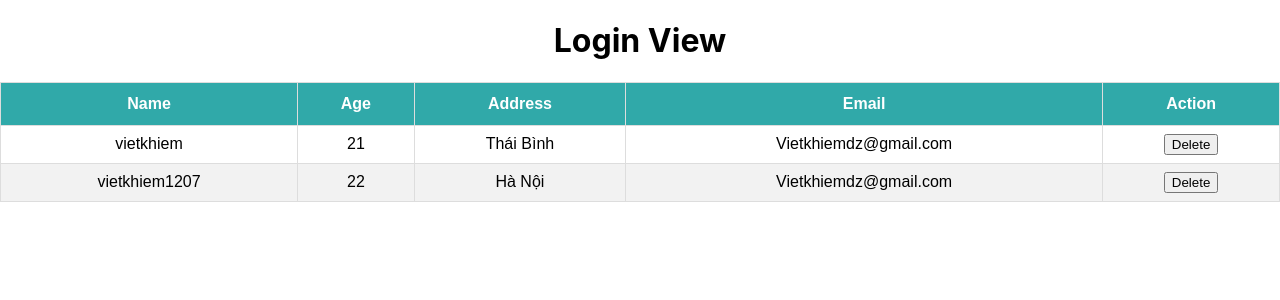
Repository: vietkhiem/TypeScript
Page: /
The author's editor kept a copy of each file at every save. The page is drawn from the files as they stood at one save, then again after the next save.
The browser window is 1280 px wide. The pictures show the whole page.
The project was rebuilt for these pictures with package versions that can differ from the ones it lists, and the page was loaded fresh each time.

Above is the page before, as saved 2022-03-16 17:41:35.

After the next save:
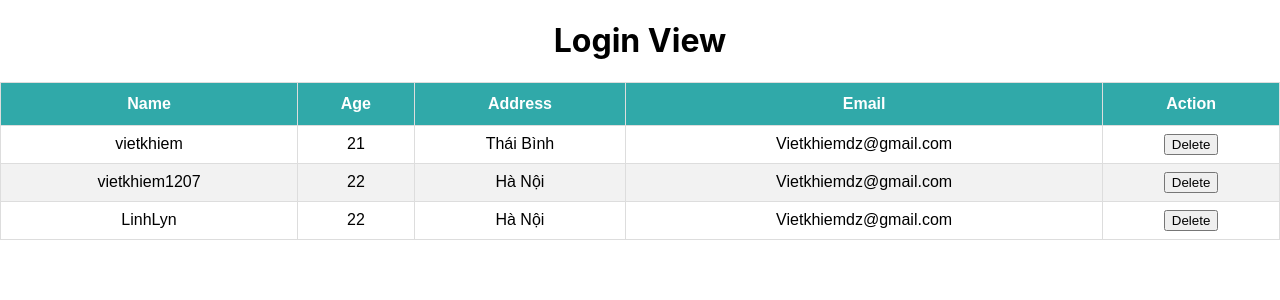
Saved 25 s later.
--- a/src/App.tsx
+++ b/src/App.tsx
@@ -19,6 +19,13 @@ function App() {
       address: 'Hà Nội',
       email: 'Vietkhiemdz@gmail.com',
       action: 'Delete'
+    },
+    {
+      name: 'LinhLyn',
+      age: 22,
+      address: 'Hà Nội',
+      email: 'Vietkhiemdz@gmail.com',
+      action: 'Delete'
     }
   ]
   return (
